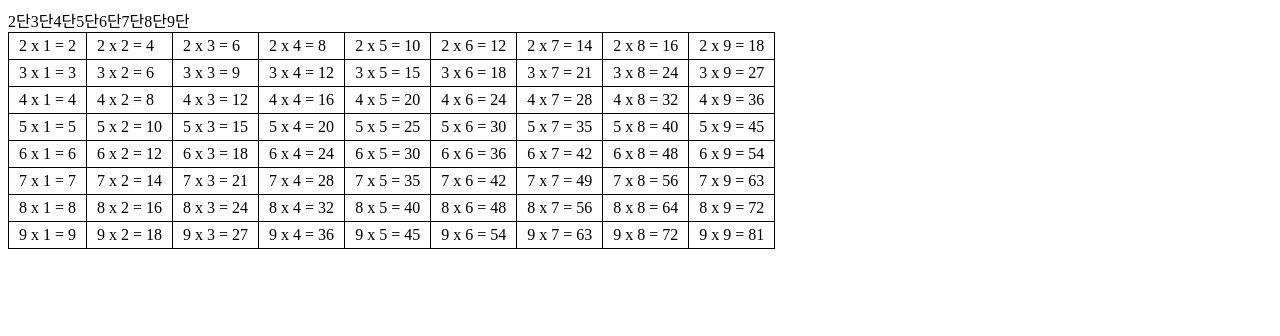
Repository: carnelli95/workspace_JSP
Page: http://localhost/MustHaveJSP/JSPMission/Gugudan2.jsp
The author's editor kept a copy of each file at every save. The page is drawn from the files as they stood at one save, then again after the next save.
The browser window is 1280 px wide. The pictures show the whole page.
The page is served by Tomcat 9. Other server files are loaded and not shown.

Above is the page before, as saved 2025-09-26 07:45:34.

### MustHaveJSP/src/main/webapp/JSPMission/Gugudan2.jsp
<%@ page language="java" contentType="text/html; charset=UTF-8"
    pageEncoding="UTF-8"%>
<!DOCTYPE html>
<html>
 <style>
 table {
 border:1px solid;
 border-collapse: collapse;
 }
 td, tr {
 border:1px solid;
 padding: 4px 10px;
 }
 .title {
 text-align: center;
 background-color: lightgray;
 }
 </style>
<head>
<meta charset="UTF-8">
<title>Insert title here</title>
</head>
<body>
<table>
	<%
		for(int i = 2; i <= 9; i++) {
			out.println("<tr>" + i + "단</tr>");
			for(int j = 1; j <= 9; j++) {
				out.print("<td>" + i + " x " + j  + " = " + i * j + "</td>" + "\t");
			}
		}
	%>
</table>
</body>
</html>

After the next save:
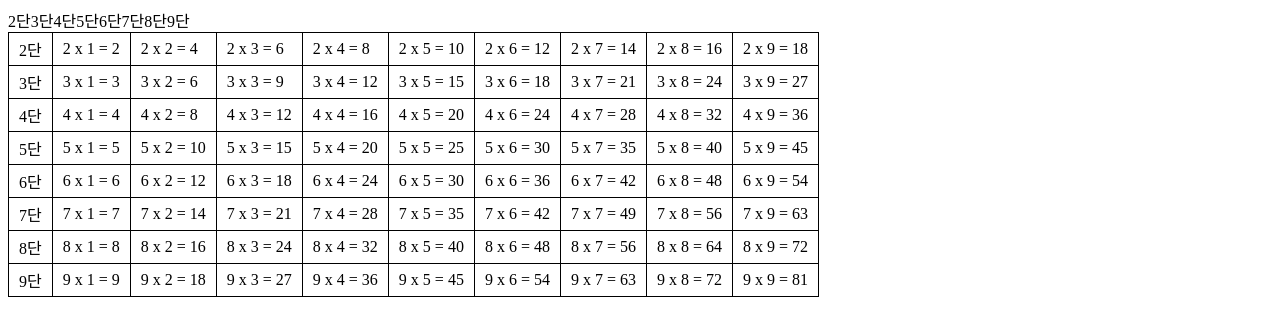
Saved 52 s later.
--- a/MustHaveJSP/src/main/webapp/JSPMission/Gugudan2.jsp
+++ b/MustHaveJSP/src/main/webapp/JSPMission/Gugudan2.jsp
@@ -24,7 +24,9 @@
 <table>
 	<%
 		for(int i = 2; i <= 9; i++) {
+
 			out.println("<tr>" + i + "단</tr>");
+			out.println("<td>" + i + "단</td>");
 			for(int j = 1; j <= 9; j++) {
 				out.print("<td>" + i + " x " + j  + " = " + i * j + "</td>" + "\t");
 			}

After the save that followed:
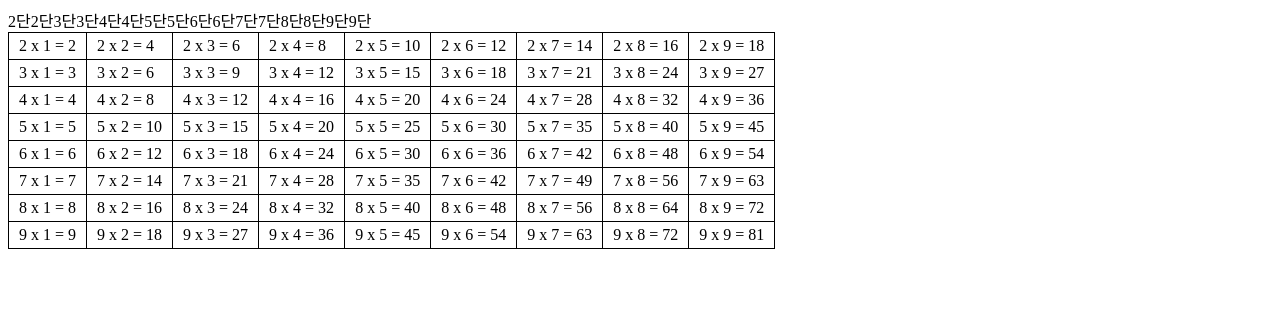
Saved 14 s later.
--- a/MustHaveJSP/src/main/webapp/JSPMission/Gugudan2.jsp
+++ b/MustHaveJSP/src/main/webapp/JSPMission/Gugudan2.jsp
@@ -26,7 +26,7 @@
 		for(int i = 2; i <= 9; i++) {
 
 			out.println("<tr>" + i + "단</tr>");
-			out.println("<td>" + i + "단</td>");
+			out.println("<tr>" + i + "단</tr>");
 			for(int j = 1; j <= 9; j++) {
 				out.print("<td>" + i + " x " + j  + " = " + i * j + "</td>" + "\t");
 			}
